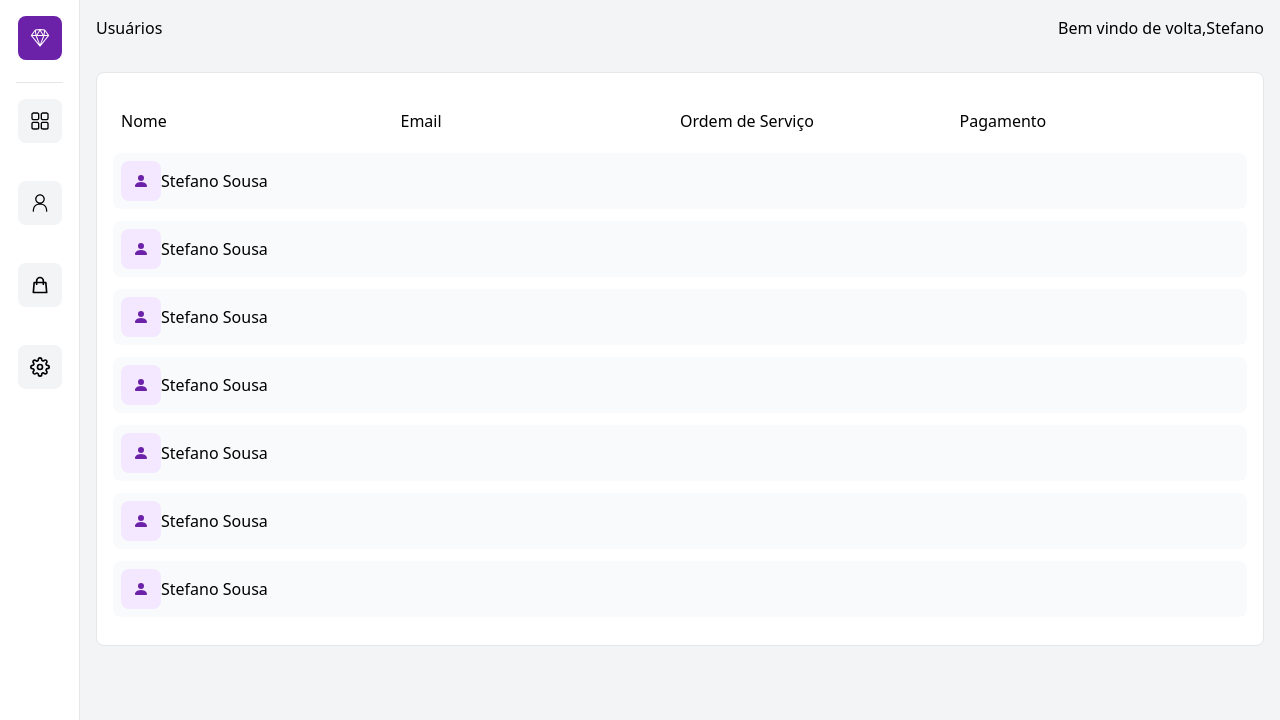
Repository: stefanosousaa/dashboard-next13
Page: /costumers
These files come from the project's save history. The page is drawn as it stood at one moment and after the next save; the edit follows.
The browser window is 1280 px wide. The pictures show the whole page.
The project was rebuilt for these pictures with package versions that can differ from the ones it lists, and the page was loaded fresh each time. The framework's server and built-in components were replaced by stand-ins that run in the browser. Also part of the build but not shown: next.config.js.

Above is the page before, as saved 2023-05-16 19:30:40.

### pages/_app.js
import Sidebar from '@/components/Sidebar'
import '@/styles/globals.css'

export default function App({ Component, pageProps }) {
  return (
    <Sidebar>
        <Component {...pageProps} />
    </Sidebar>

  )
}

### pages/costumers.jsx
import React from 'react'
import {BsPersonFill, BsThreeDotsVertical} from 'react-icons/bs'
import {data} from '../data/data.js'

const costumers = () => {
  return (
    <div className='bg-gray-100 min-h-screen'>
        <div className='flex justify-between p-4'>
            <h2>Usuários</h2>
            <h2>Bem vindo de volta,Stefano</h2>
        </div>
        <div className='p-4'>
            <div className='w-full m-auto p-4 border rounded-lg bg-white overflow-y-auto'>
              <div className='my-3 p-2 grid md:grid-cols-4 sm:grid-cols-3 grid-cols-2 items-center justify-between cursor-pointer'>
                <span>Nome</span>
                <span className='sm:text-left text-right'>Email</span>
                <span className='hidden md:grid'>Ordem de Serviço</span>
                <span className='hidden sm:grid'>Pagamento </span>
              </div>
              <ul>
                {data.map((order,id) => (
                    <li key={id} className='bg-gray-50 hover:bg-gray-100 rounded-lg my-3 p-2 grid md:grid-cols-4 sm:grid-cols-3 grid-cols-2 items-center justify-between cursor-pointer'>
                      <div className='flex items-center'>
                          <div className='bg-purple-100 p-3 rounded-lg'>
                             <BsPersonFill className='text-purple-800'/>
                           </div>
                           <p>{order.name.first + ' ' + order.name.last}</p>
                      </div>

                    </li>
                ))}
              </ul>
            </div>
        </div>
    </div>
  )
}

export default costumers

### components/Sidebar.jsx
import Link from 'next/link'
import Image from 'next/image'
import React from 'react'
import {RxSketchLogo,RxDashboard, RxPerson} from 'react-icons/rx'
import {FiSettings} from 'react-icons/fi'
import {HiOutlineShoppingBag} from 'react-icons/hi'

const Sidebar = ({children}) => {
  return (
    <div className='flex'>
        <div className='fixed w-20 h-screen p-4 bg-white border-r-[1px] flex flex-col justify-between'>
        <div className='flex flex-col items-center'>

          <Link href='/'>
            <div className='bg-purple-800 text-white p-3 rounded-lg inline-block'>
              <RxSketchLogo size={20}/>
            </div>
          </Link>
          <span className='border-b-[1px] border-gray-200 w-full p-2'></span>
          <Link href='/'>
            <div className='bg-gray-100 hover:bg-gray-200 cursor-pointer my-4 p-3 rounded-lg inline-block'>
              <RxDashboard size={20}/>
            </div>
          </Link>
          <Link href='/costumers'>
            <div className='bg-gray-100 hover:bg-gray-200 cursor-pointer my-4 p-3 rounded-lg inline-block'>
              <RxPerson size={20}/>
            </div>
          </Link>
          <Link href='/orders'>
            <div className='bg-gray-100 hover:bg-gray-200 cursor-pointer my-4 p-3 rounded-lg inline-block'>
              <HiOutlineShoppingBag size={20}/>
            </div>
          </Link>
          <Link href='/'>
            <div className='bg-gray-100 hover:bg-gray-200 cursor-pointer my-4 p-3 rounded-lg inline-block'>
              <FiSettings size={20}/>
            </div>
          </Link>
        </div>
        </div>

        <main className='ml-20 w-full'>{children}</main>
    </div>
  )
}

export default Sidebar

### data/data.js
export const data = [
    {
        id:1,
        name: {
            first: 'Stefano',
            last: 'Sousa',
        },
        total: 2147.00,
        status: 'On Hold',
        method: 'PayPal',
        date: '15 minutos atrás',
    },
    {
        id:2,
        name: {
            first: 'Stefano',
            last: 'Sousa',
        },
        total: 2147.00,
        status: 'On Hold',
        method: 'PayPal',
        date: '15 minutos atrás',
    },
    {
        id:3,
        name: {
            first: 'Stefano',
            last: 'Sousa',
        },
        total: 2147.00,
        status: 'On Hold',
        method: 'PayPal',
        date: '15 minutos atrás',
    },
    {
        id:4,
        name: {
            first: 'Stefano',
            last: 'Sousa',
        },
        total: 2147.00,
        status: 'On Hold',
        method: 'PayPal',
        date: '15 minutos atrás',
    },
    {
        id:5,
        name: {
            first: 'Stefano',
            last: 'Sousa',
        },
        total: 2147.00,
        status: 'On Hold',
        method: 'PayPal',
        date: '15 minutos atrás',
    },
    {
        id:6,
        name: {
            first: 'Stefano',
            last: 'Sousa',
        },
        total: 2147.00,
        status: 'On Hold',
        method: 'PayPal',
        date: '15 minutos atrás',
    },
    {
        id:7,
        name: {
            first: 'Stefano',
            last: 'Sousa',
        },
        total: 2147.00,
        status: 'On Hold',
        method: 'PayPal',
        date: '15 minutos atrás',
    },
]

Loaded but not shown: pages/_document.js (common file); pages/api/hello.js (common file); styles/globals.css (common file); tailwind.config.js (common file)

After the next save:
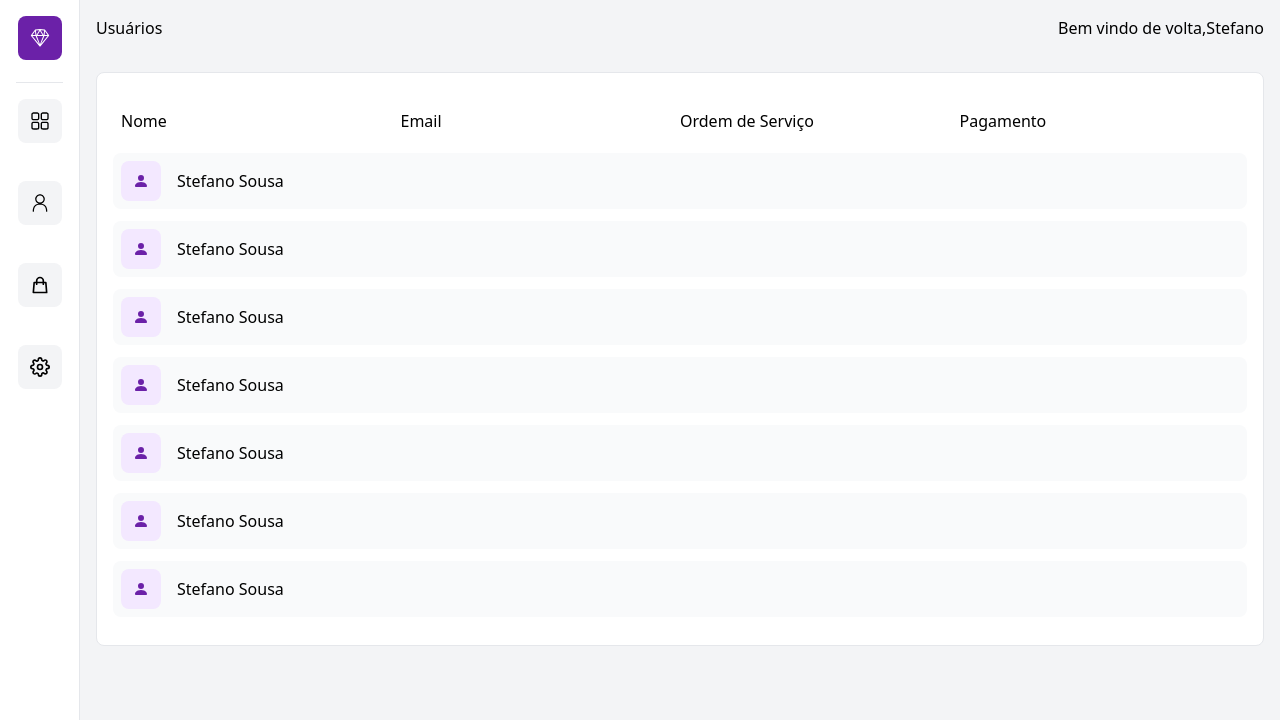
Saved 47 s later.
--- a/pages/costumers.jsx
+++ b/pages/costumers.jsx
@@ -24,7 +24,7 @@ const costumers = () => {
                           <div className='bg-purple-100 p-3 rounded-lg'>
                              <BsPersonFill className='text-purple-800'/>
                            </div>
-                           <p>{order.name.first + ' ' + order.name.last}</p>
+                           <p className='pl-4'>{order.name.first + ' ' + order.name.last}</p>
                       </div>
 
                     </li>
